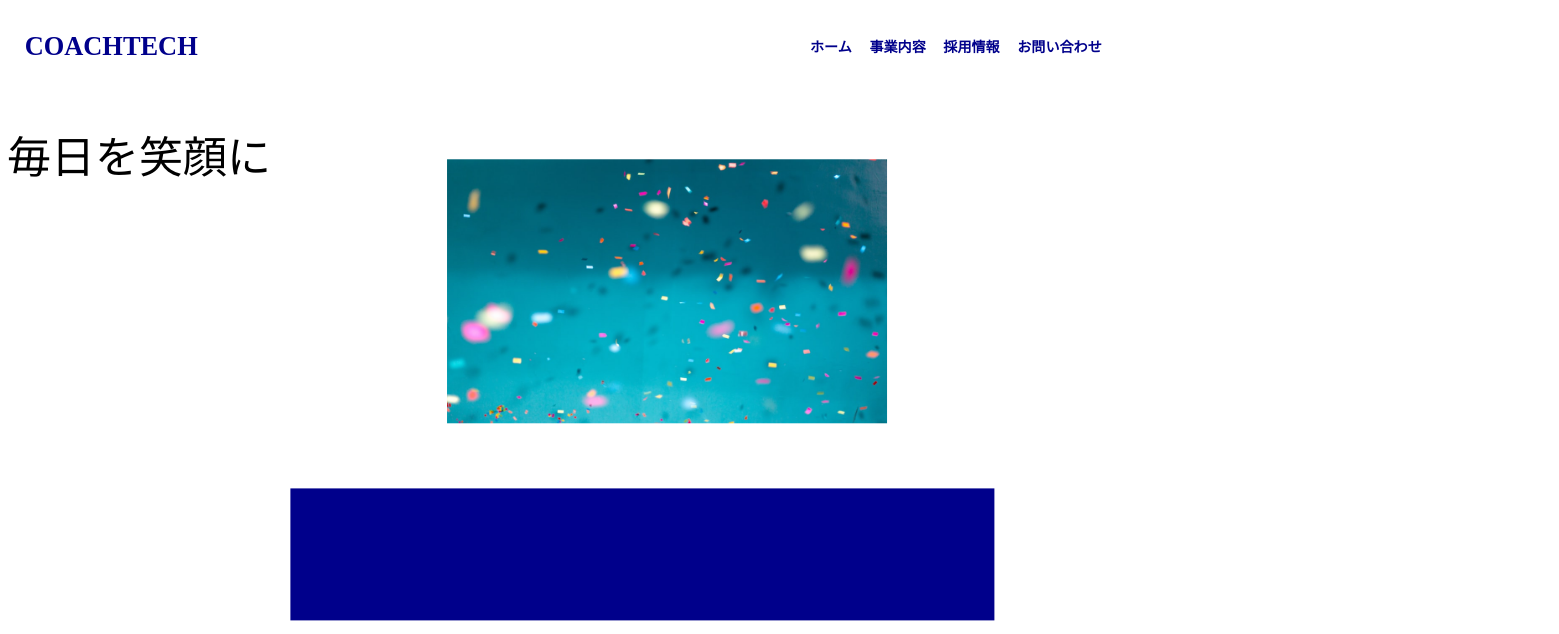
Repository: moro-ayu3/20230213_morohoshi
Page: index.html
These files come from the project's save history. The page is drawn as it stood at one moment and after a run of saves; the edit follows.
The browser window is 1280 px wide. The page is 1772 px wide, so the pictures cover 1772 px, including what lies to the right of the window. The pictures show the whole page, at 88% of full size.

Above is the page before, as saved 2023-02-14 10:48:00.

### index.html
<!DOCTYPE html>
<html lang="ja">

  <head>
    <meta charset="UTF-8" />
    <meta name="viewport" content="width=device-width, initial-scale=1.0" />
    <title>css演習問題</title>
    <link rel="stylesheet" href="./style.css">
  </head>

  <body>
   <header class="header">
    <h1 class="header-ttl">
     COACHTECH
    </h1>
    <ul class="header-list">
      <li class="header-item">ホーム</li><li class="header-item">事業内容</li><li class="header-item">採用情報</li><li class="header-item">お問い合わせ</li>
   </ul>
   </header>
   <main>
    <div class="flex">
     <p class="main-ttl">毎日を笑顔に</p>
     <div class="absolute blue-box"></div>
    </div>
     <div class="relative img">
      <img src="img/firstview.jpeg" width="500" height="300"alt="firstview">
     </div>
   </main>
  </body>

</html>

### style.css
.header {
  display: flex;
  justify-content: space-between;
  align-items: center;
  margin-top: 15px;
  color: #00008b;
}

.header-ttl {
  font-size: 30px;
  margin-left: 20px;
}

.header-list {
  display: flex;
  font-weight: bold;
  list-style: none;
}

.header-item {
  margin-right: 20px;
}

.main-ttl {
  display: flex;
  flex-direction: row;
  color: black;
  font-size: 50px;
}

.relative {
  position: relative;
  bottom: 80px;
  left: 500px;
  z-index: 10;
}

.img {
  width: 100%;
  height: auto;
}

.absolute {
  position: absolute;
  bottom: 15px;
  right: 150px;
  z-index: 0;
}

.blue-box {
  display: flex;

  width: 800px;
  height: 150px;
  background-color: #00008b;
}

After the next 6 saves:
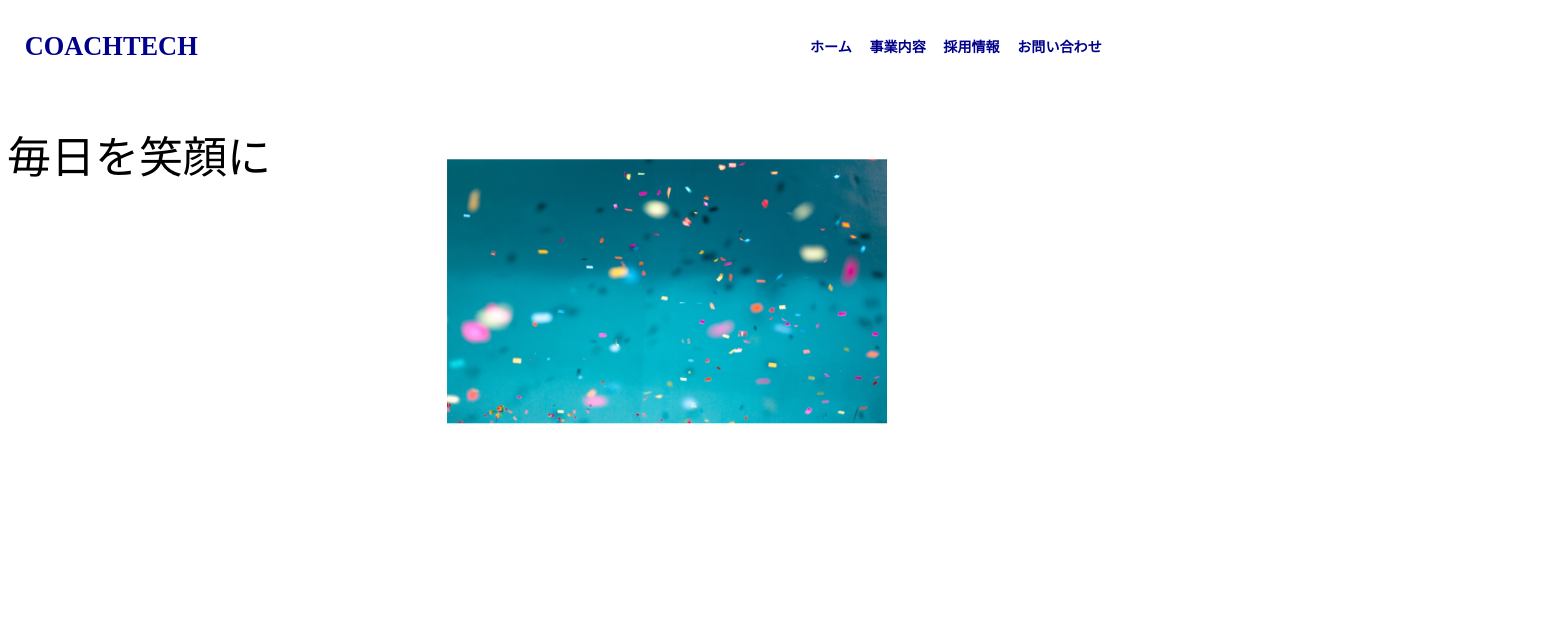
The 6 saves are shown as one change because they came seconds apart.
The last was saved 20 s later.
--- a/style.css
+++ b/style.css
@@ -49,7 +49,7 @@
 
 .blue-box {
   display: flex;
-
+  flex-di
   width: 800px;
   height: 150px;
   background-color: #00008b;

After the 5 saves that followed:
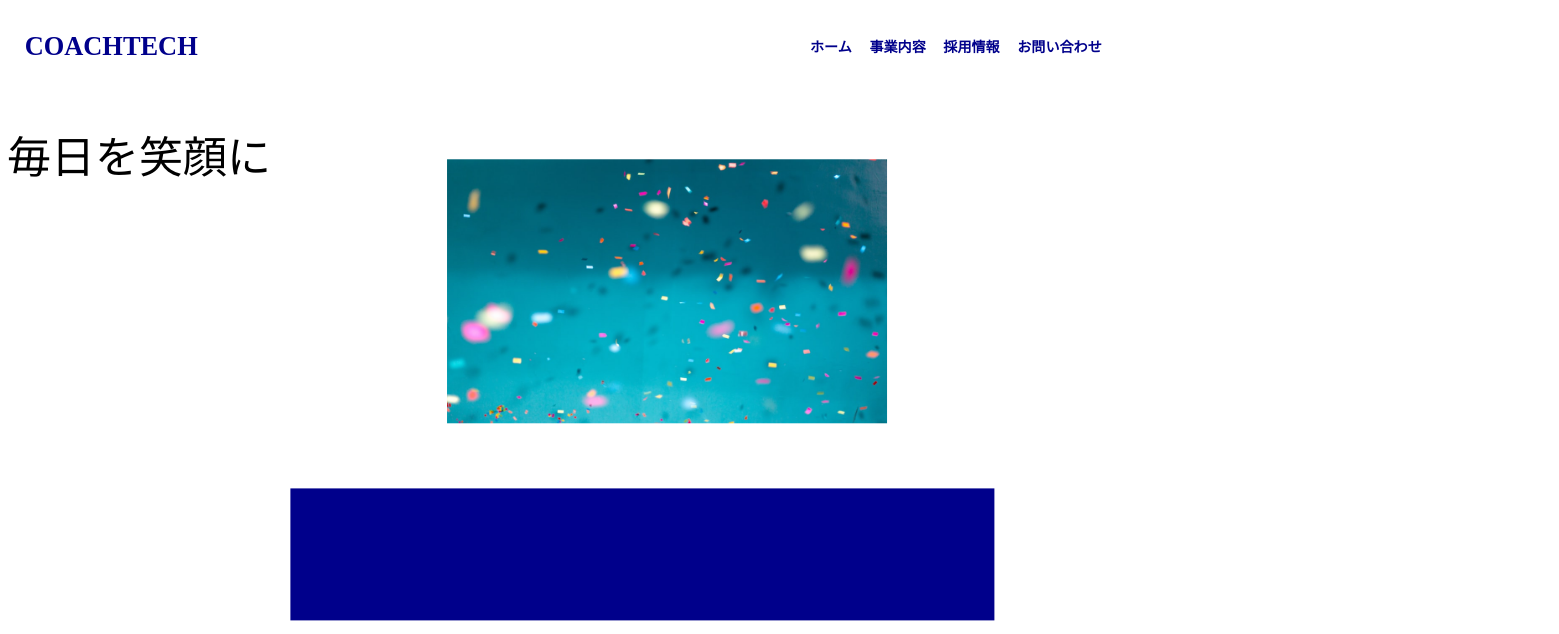
The 5 saves are shown as one change because they came seconds apart.
The last was saved 11 s later.
--- a/style.css
+++ b/style.css
@@ -49,7 +49,7 @@
 
 .blue-box {
   display: flex;
-  flex-di
+  flex-direction: row;
   width: 800px;
   height: 150px;
   background-color: #00008b;
